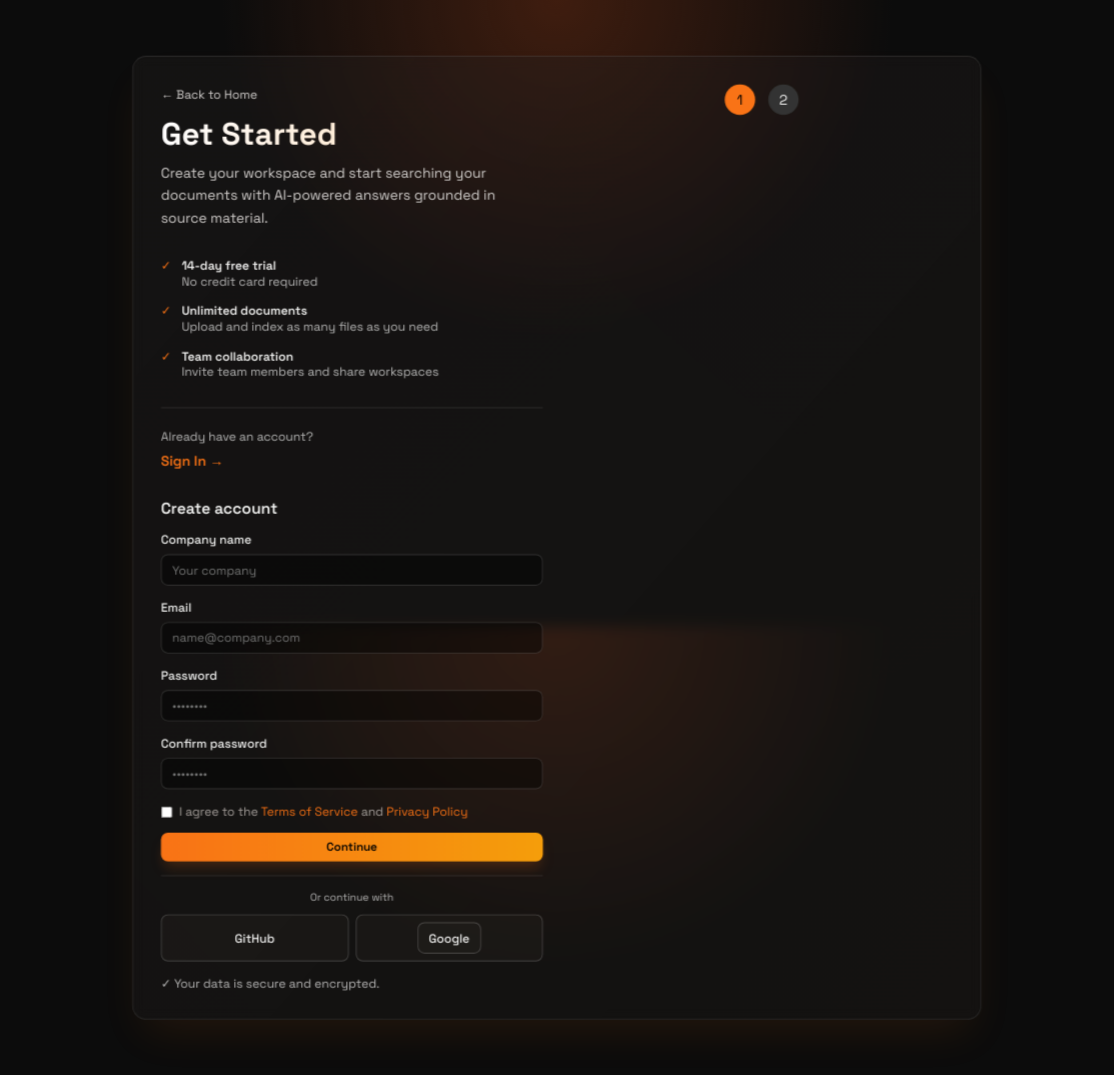
Repository: 4hmedshanu/RAG_Project_collage
Page: http://localhost/signup
An editor plug-in stored every save of this project. The page is shown before and after the next save, followed by the edit.
The browser window is 1280 px wide. The pictures show the whole page, at 87% of full size.
Backgrounds fixed to the window are drawn as part of the page. The page is this project's Thymeleaf template; nobody is signed in. The template is opened directly, without the code that normally fills it, so the values that code supplies are empty.

Above is the page before, as saved 2026-06-12 21:49:27.

### frontenddoc/src/main/resources/templates/signup.html
<!DOCTYPE html>
<html lang="en">
<head>
  <meta charset="UTF-8" />
  <meta name="viewport" content="width=device-width, initial-scale=1.0" />
  <title>DocuMindAI | Sign Up</title>
  <link rel="preconnect" href="https://fonts.googleapis.com">
  <link rel="preconnect" href="https://fonts.gstatic.com" crossorigin>
  <link href="https://fonts.googleapis.com/css2?family=Space+Grotesk:wght@400;500;600;700&display=swap" rel="stylesheet">
  <link rel="stylesheet" href="css/signup.css" />
  <script src="js/signup.js" defer></script>
</head>
<body>
  <main class="main-container">
    <section class="signup-card">
      <div class="signup-info">
        <a href="/" class="link-back">← Back to Home</a>
        <h1 class="gradient-heading">Get Started</h1>
        <p class="description">Create your workspace and start searching your documents with AI-powered answers grounded in source material.</p>

        <div class="features-list">
          <div class="feature-item">
            <span class="check-icon">✓</span>
            <div>
              <p class="feature-title">14-day free trial</p>
              <p class="feature-desc">No credit card required</p>
            </div>
          </div>
          <div class="feature-item">
            <span class="check-icon">✓</span>
            <div>
              <p class="feature-title">Unlimited documents</p>
              <p class="feature-desc">Upload and index as many files as you need</p>
            </div>
          </div>
          <div class="feature-item">
            <span class="check-icon">✓</span>
            <div>
              <p class="feature-title">Team collaboration</p>
              <p class="feature-desc">Invite team members and share workspaces</p>
            </div>
          </div>
        </div>

        <div class="login-prompt">
          <p class="login-text">Already have an account?</p>
          <a href="/loginpage" class="link-brand">Sign In →</a>
        </div>
      </div>

      <div class="steps">
    <div class="step-indicator active">1</div>
    <div class="step-indicator">2</div>
</div>


   <div id="step1" class="step-content active">
    <!-- Registration Form Here -->
     <form id="step1Form">
        <h2 class="form-title">Create account</h2>

        <label for="company" class="form-label mt-4">Company name</label>
        <input name="name"  id="company" type="text" class="form-input" placeholder="Your company"  />

        <label for="email" class="form-label">Email</label>
        <input name="email" id="email" type="email" class="form-input"  placeholder="name@company.com" />

        <label for="password" class="form-label">Password</label>
        <input name="password" id="password" type="password" class="form-input"  placeholder="••••••••" />

        <label for="confirm" class="form-label">Confirm password</label>
        <input id="confirm" type="password" class="form-input" name="" placeholder="••••••••" />

        <div class="terms-group">
          <input id="terms" type="checkbox" class="checkbox-input" />
          <label for="terms" class="terms-label">
            I agree to the <a href="/policies" class="link-inline">Terms of Service</a> and <a href="/policies" class="link-inline">Privacy Policy</a>
          </label>
        </div>

        <button type="button"
        class="btn-primary"
        onclick="submitStep1(this)">
    Continue
</button>


        <div class="sso-section">
          <p class="sso-text">Or continue with</p>
          <div class="sso-buttons">
            <button type="button" class="btn-sso">GitHub</button>
            <a href="/oauth2/authorization/google" class="btn-sso"><button type="button" class="btn-sso" >   Google</button></a>
          </div>
        </div>

        <p id="note" class="note-text">✓ Your data is secure and encrypted.</p>
      </form>
      </div>
      <!-- STEP 2 -->
       <form>
    <div id="step2" class="step-content hidden">

        <h2 class="form-title">Verify OTP</h2>

        <p class="description">
            Enter the OTP sent to your email address.
        </p>

        <div class="otp-inputs">
            <input class="otp-box" maxlength="1">
            <input class="otp-box" maxlength="1">
            <input class="otp-box" maxlength="1">
            <input class="otp-box" maxlength="1">
        </div>

        <div class="otp-buttons">
            <button type="button"
                class="btn-sso"
                onclick="prevStep()">
                Back
            </button>

            <button type="button"
        class="btn-primary"
        onclick="validateStep2()">
    Verify & Create Account
</button>
        </div>

     </form>


    </section>
  </main>
</body>
		<script>




								// Global User ID
let currentUserId = null;

/**
 * Show Step
 */
function showStep(stepNumber) {

    document.querySelectorAll('.step-content').forEach(step => {
        step.classList.remove('active');
        step.classList.add('hidden');
    });

    const currentStep = document.getElementById('step' + stepNumber);

    currentStep.classList.remove('hidden');
    currentStep.classList.add('active');

    document.querySelectorAll('.step-indicator').forEach((ind, index) => {

        ind.classList.remove('active');

        if ((index + 1) === stepNumber) {
            ind.classList.add('active');
        }
    });
}

/**
 * Back Button
 */
function prevStep() {
    showStep(1);
}

/**
 * Step 1 - Generate OTP
 */
function submitStep1(btn) {

    const company = document.getElementById("company").value.trim();
    const email = document.getElementById("email").value.trim();
    const password = document.getElementById("password").value;
    const confirm = document.getElementById("confirm").value;

    if (company === "") {
        alert("Please enter company name");
        return;
    }

    if (email === "") {
        alert("Please enter email");
        return;
    }

    if (password === "") {
        alert("Please enter password");
        return;
    }

    if (password !== confirm) {
        alert("Passwords do not match");
        return;
    }

    if (!document.getElementById("terms").checked) {
        alert("Please accept Terms & Conditions");
        return;
    }

    const form = document.getElementById("step1Form");
    const formData = new FormData(form);

    btn.disabled = true;
    const originalText = btn.innerHTML;
    btn.innerHTML = "Sending OTP...";

    fetch("/generatedOtp", {
        method: "POST",
        body: formData
    })
    .then(response => response.json())
    .then(data => {

        if (data.status === "OTP_SENT") {

            currentUserId = data.userid;

            alert("OTP sent successfully to your email.");

            showStep(2);

        } else if (data.status === "EMAIL_NULL") {

            alert("Please enter a valid email.");

        } else {

            alert("Something went wrong.");
        }

    })
    .catch(error => {

        console.error(error);
        alert("Server error.");

    })
    .finally(() => {

        btn.disabled = false;
        btn.innerHTML = originalText;

    });
}

/**
 * Step 2 - Verify OTP
 */
function validateStep2() {

    const otpBoxes = document.querySelectorAll('.otp-box');

    let otpValue = "";

    otpBoxes.forEach(box => {
        otpValue += box.value;
    });

    if (otpValue.length !== 4) {
        alert("Please enter 4 digit OTP");
        return;
    }

    fetch(`/verifyOtp?userid=${currentUserId}&userotp=${otpValue}`, {
        method: "POST"
    })
    .then(response => response.json())
    .then(data => {

        if (data.status === "VERIFIED") {

            alert("Registration Successful!");

            window.location.href = "/loginpage";

        } else {

            alert("Invalid OTP");

            otpBoxes.forEach(box => {
                box.value = "";
            });

            otpBoxes[0].focus();
        }

    })
    .catch(error => {

        console.error(error);

        alert("Verification failed.");

    });
}

/**
 * OTP Auto Focus
 */
document.addEventListener("DOMContentLoaded", () => {

    const otpBoxes = document.querySelectorAll(".otp-box");

    otpBoxes.forEach((box, index) => {

        box.addEventListener("input", () => {

            if (box.value.length === 1 && index < otpBoxes.length - 1) {
                otpBoxes[index + 1].focus();
            }

        });

        box.addEventListener("keydown", (e) => {

            if (
                e.key === "Backspace" &&
                box.value === "" &&
                index > 0
            ) {
                otpBoxes[index - 1].focus();
            }

        });

    });

});


				</script>







</html>

### frontenddoc/src/main/resources/static/css/signup.css
:root {
  --brand: #f97316;
  --brand-light: #fb923c;
  --bg-dark: #0c0c0c;
  --stone-100: #f5f5f4;
  --stone-300: #d6d3d1;
  --stone-400: #a8a29e;
  --white-10: rgba(255, 255, 255, 0.1);
  --white-15: rgba(255, 255, 255, 0.15);
  --white-20: rgba(255, 255, 255, 0.2);
  --white-70: rgba(255, 255, 255, 0.7);
}

* {
  box-sizing: border-box;
  margin: 0;
  padding: 0;
}

html, body {
  height: 100%;
}

body {
  font-family: 'Space Grotesk', sans-serif;
  color: var(--stone-100);
  background: radial-gradient(circle at top, #3f1d0f, transparent 40%), var(--bg-dark);
  background-attachment: fixed;
}

.main-container {
  margin: 0 auto;
  display: flex;
  min-height: 100%;
  max-width: 64rem; /* 1024px */
  align-items: center;
  padding: 4rem 1.5rem;
}

.signup-card {
  width: 100%;
  display: grid;
  gap: 2rem;
  border-radius: 1rem;
  border: 1px solid var(--white-10);
  background: linear-gradient(to bottom right, rgba(41, 37, 36, 0.3), rgba(28, 25, 23, 0.5));
  padding: 2rem;
  box-shadow: 0 25px 50px -12px rgba(249, 115, 22, 0.1);
  backdrop-filter: blur(8px);
}

@media (min-width: 768px) {
  .signup-card {
    grid-template-columns: repeat(2, 1fr);
  }
}

.link-back {
  font-size: 0.875rem;
  color: var(--stone-300);
  text-decoration: none;
  transition: color 0.2s;
}

.link-back:hover {
  color: var(--brand);
}

.gradient-heading {
  margin-top: 1rem;
  font-size: 2.25rem;
  line-height: 2.5rem;
  font-weight: 700;
  background: linear-gradient(to right, #ffffff, #fed7aa);
  -webkit-background-clip: text;
  -webkit-text-fill-color: transparent;
}

.description {
  margin-top: 0.75rem;
  line-height: 1.625;
  color: var(--stone-300);
}

.features-list {
  margin-top: 2rem;
  display: flex;
  flex-direction: column;
  gap: 1rem;
  font-size: 0.875rem;
}

.feature-item {
  display: flex;
  align-items: flex-start;
  gap: 0.75rem;
}

.check-icon {
  color: var(--brand);
}

.feature-title {
  font-weight: 600;
}

.feature-desc {
  color: var(--white-70);
}

.login-prompt {
  margin-top: 2rem;
  border-top: 1px solid var(--white-10);
  padding-top: 1.5rem;
}

.login-text {
  font-size: 0.875rem;
  color: var(--white-70);
}

.link-brand {
  margin-top: 0.5rem;
  display: inline-block;
  font-weight: 600;
  color: var(--brand);
  text-decoration: none;
  transition: color 0.2s;
}

.link-brand:hover {
  color: var(--brand-light);
}

.signup-form {
  border-radius: 0.75rem;
  border: 1px solid var(--white-10);
  background: rgba(41, 37, 36, 0.3);
  padding: 1.5rem;
}

.form-title {
  font-size: 1.125rem;
  font-weight: 600;
}

.form-label {
  display: block;
  font-size: 0.875rem;
  font-weight: 500;
  margin-bottom: 0.5rem;
}

.mt-4 { margin-top: 1rem; }
.mb-4 { margin-bottom: 1rem; }

.form-input {
  width: 100%;
  border-radius: 0.5rem;
  border: 1px solid var(--white-15);
  background: rgba(0, 0, 0, 0.4);
  padding: 0.5rem 0.75rem;
  font-size: 0.875rem;
  color: inherit;
  outline: none;
  margin-bottom: 1rem;
  transition: border-color 0.2s, box-shadow 0.2s;
  font-family: inherit;
}

.form-input:focus {
  border-color: var(--brand);
  box-shadow: 0 10px 15px -3px rgba(249, 115, 22, 0.1);
}

.terms-group {
  display: flex;
  align-items: flex-start;
  gap: 0.5rem;
  margin-bottom: 1rem;
}

.checkbox-input {
  margin-top: 0.25rem;
  border-radius: 0.25rem;
  border: 1px solid var(--white-15);
}

.terms-label {
  font-size: 0.875rem;
  color: var(--stone-400);
}

.link-inline {
  color: var(--brand);
  text-decoration: none;
  transition: color 0.2s;
}

.link-inline:hover {
  color: var(--brand-light);
}

.btn-primary {
  width: 100%;
  border-radius: 0.5rem;
  background: linear-gradient(to right, var(--brand), #f59e0b);
  padding: 0.5rem 1rem;
  font-weight: 600;
  color: #000;
  border: none;
  cursor: pointer;
  box-shadow: 0 10px 15px -3px rgba(249, 115, 22, 0.2);
  transition: box-shadow 0.2s;
  font-family: inherit;
}

.btn-primary:hover {
  box-shadow: 0 20px 25px -5px rgba(249, 115, 22, 0.3);
}

.sso-section {
  margin-top: 1rem;
  border-top: 1px solid var(--white-10);
  padding-top: 1rem;
  text-align: center;
}

.sso-text {
  font-size: 0.75rem;
  color: var(--white-70);
}

.sso-buttons {
  margin-top: 0.75rem;
  display: grid;
  grid-template-columns: repeat(2, 1fr);
  gap: 0.5rem;
}

.btn-sso {
  border-radius: 0.5rem;
  border: 1px solid var(--white-20);
  background: rgba(41, 37, 36, 0.3);
  padding: 0.5rem 0.75rem;
  font-size: 0.875rem;
  font-weight: 500;
  color: inherit;
  cursor: pointer;
  transition: border-color 0.2s, background-color 0.2s;
  font-family: inherit;
}

.btn-sso:hover {
  border-color: var(--brand);
  background: rgba(249, 115, 22, 0.05);
}


.hidden{
    display:none;
}

.step-content.active{
    display:block;
}

.step-content{
    display:none;
}

.steps{
    display:flex;
    justify-content:center;
    gap:15px;
    margin-bottom:20px;
}

.step-indicator{
    width:35px;
    height:35px;
    border-radius:50%;
    background:#333;
    display:flex;
    align-items:center;
    justify-content:center;
}

.step-indicator.active{
    background:var(--brand);
    color:#000;
}

.note-text {
  margin-top: 1rem;
  font-size: 0.875rem;
  color: var(--white-70);
}


.otp-inputs{
    display:flex;
    justify-content:center;
    gap:10px;
    margin:20px 0;
}

.otp-box{
    width:55px;
    height:55px;
    text-align:center;
    font-size:24px;
    border-radius:10px;
    border:1px solid var(--white-20);
    background:rgba(0,0,0,.4);
    color:white;
}

.otp-buttons{
    display:flex;
    gap:10px;
}

/* JavaScript Dynamic Classes */
.text-error { color: #f87171; }
.text-success { color: #34d399; }

### frontenddoc/src/main/resources/static/js/signup.js
function signupDemo(event) {
  event.preventDefault();

  const company = document.getElementById('company').value.trim();
  const email = document.getElementById('email').value.trim();
  const password = document.getElementById('password').value.trim();
  const confirm = document.getElementById('confirm').value.trim();
  const note = document.getElementById('note');

  // Reset classes to base state
  note.className = 'note-text';

  if (!company || !email || !password || !confirm) {
    note.textContent = 'Please fill in all fields.';
    note.classList.add('text-error');
    return;
  }

  if (password !== confirm) {
    note.textContent = 'Passwords do not match.';
    note.classList.add('text-error');
    return;
  }

  if (password.length < 8) {
    note.textContent = 'Password must be at least 8 characters.';
    note.classList.add('text-error');
    return;
  }

  note.textContent = 'Account created! Redirecting to dashboard...';
  note.classList.add('text-success');

  setTimeout(() => {
    window.location.href = 'dashboard.html';
  }, 800);
}

After the next save:
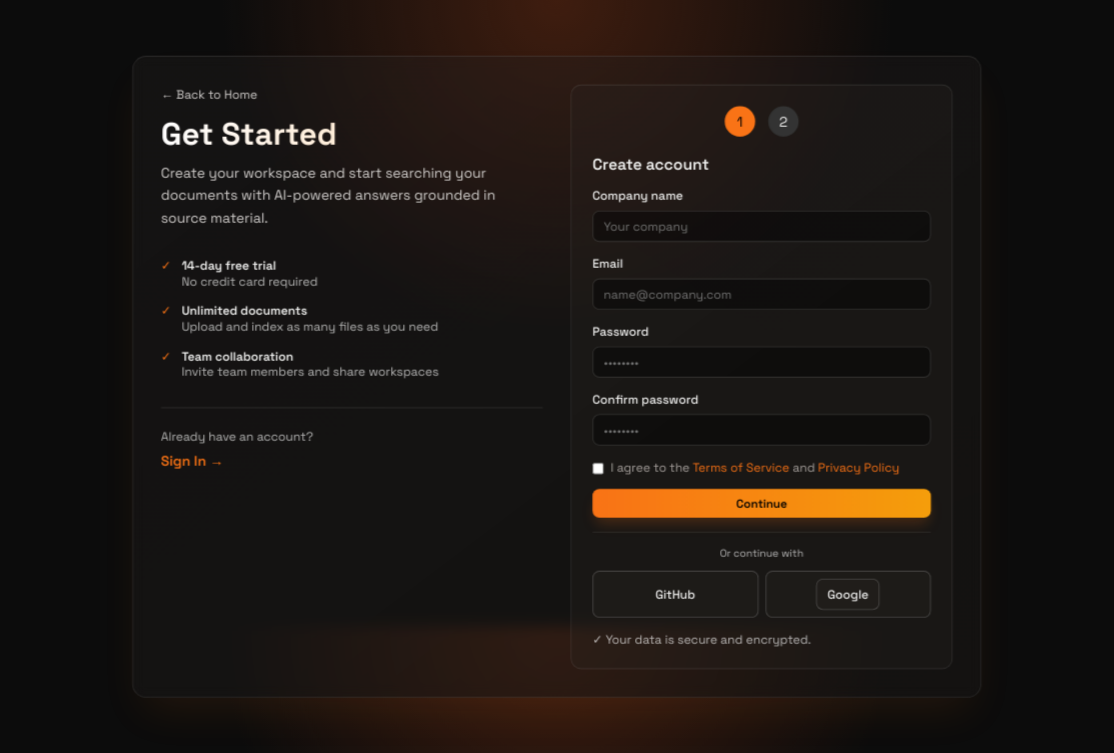
Saved 37 min 23 s later.
--- a/frontenddoc/src/main/resources/templates/signup.html
+++ b/frontenddoc/src/main/resources/templates/signup.html
@@ -46,9 +46,11 @@
           <p class="login-text">Already have an account?</p>
           <a href="/loginpage" class="link-brand">Sign In →</a>
         </div>
-      </div>
-
-      <div class="steps">
+     </div>
+
+<div class="signup-form">
+
+<div class="steps">
     <div class="step-indicator active">1</div>
     <div class="step-indicator">2</div>
 </div>
@@ -127,7 +129,7 @@
 </button>
         </div>
 
-     </form>
+
 
 
     </section>
